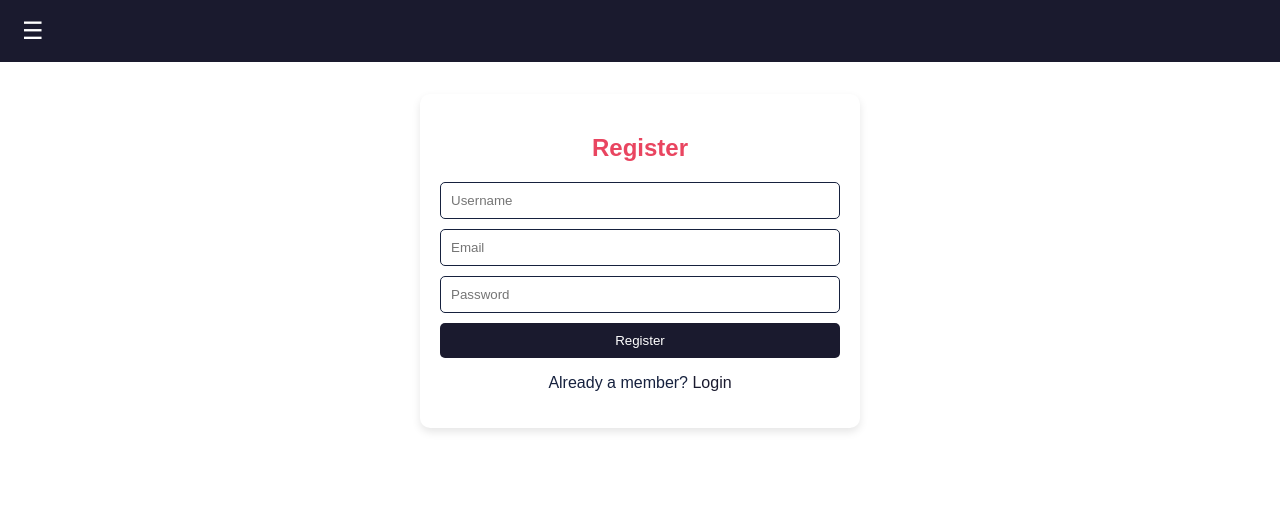
Repository: prachi-d-2/zodiac
Page: /loginregister (app in client/)
An editor plug-in stored every save of this project. The page is shown before and after the next save, followed by the edit.
The browser window is 1280 px wide. The pictures show the whole page.
The project was rebuilt for these pictures with package versions that can differ from the ones it lists, and the page was loaded fresh each time. Also part of the build but not shown: client/src/components/Home.css, client/src/components/Home.js, client/src/components/Forum.css, client/src/components/Forum.js, client/src/components/Profile.css, client/src/components/Profile.js, client/src/components/Horoscope.js, client/src/components/Connect.css and 1 more.

Above is the page before, as saved 2024-11-07 16:41:52.

### client/src/index.js
import React from 'react';
import ReactDOM from 'react-dom';
import App from './App'; // your main React component
import './index.css';
import './theme.css'; // Importing the global theme styles

ReactDOM.render(
  <React.StrictMode>
    <App />
  </React.StrictMode>,
  document.getElementById('root')
);

### client/src/App.js
import React, { useState } from 'react';
import { BrowserRouter as Router, Route, Routes } from 'react-router-dom';
import Navbar from './components/Navbar';
import Home from './components/Home';
import LoginRegister from './components/LoginRegister';
import Forum from './components/Forum';
import Profile from './components/Profile';
import Horoscope from './components/Horoscope';
import Connections from './components/Connect';

function App() {
  const [isLoggedIn, setIsLoggedIn] = useState(false);

  return (
    <Router>
      <Navbar isLoggedIn={isLoggedIn} />
      <div className="App">
        <Routes>
          <Route path="/" element={<Home />} />
          <Route path="/loginregister" element={<LoginRegister setIsLoggedIn={setIsLoggedIn} />} />
          <Route path="/forum" element={<Forum />} />
          <Route path="/profile" element={<Profile />} />
          <Route path="/horoscope" element={<Horoscope />} />
          {isLoggedIn && <Route path="/connect" element={<Connections />} />}
        </Routes>
      </div>
    </Router>
  );
}

export default App;

### client/src/theme.css
:root {
    --primary-color: #1a1a2e;
    --secondary-color: #16213e;
    --accent-color: #0f3460;
    --text-color: #e94560;
    --background-color: #ffffff;
  }

  body {
    margin: 0;
    font-family: Arial, sans-serif;
    background-color: var(--background-color);
    color: var(--text-color);
  }

  .navbar {
    background-color: var(--primary-color);
    padding: 1rem;
  }

  .navbar a {
    color: var(--text-color);
    text-decoration: none;
    margin: 0 1rem;
  }

  .navbar a:hover {
    color: var(--accent-color);
  }

  .profile-container {
    padding: 2rem;
  }

  .profile-header {
    font-size: 2rem;
    color: var(--primary-color);
  }

  .profile-section {
    margin-top: 1rem;
  }

  .profile-section label {
    font-weight: bold;
    color: var(--secondary-color);
  }

  .profile-section input, .profile-section textarea {
    display: block;
    margin-top: 0.5rem;
    padding: 0.5rem;
    width: 100%;
    max-width: 400px;
    border: 1px solid var(--secondary-color);
    border-radius: 4px;
  }

  .edit-profile-button {
    margin-top: 1rem;
    padding: 0.5rem 1rem;
    background-color: var(--accent-color);
    color: var(--background-color);
    border: none;
    border-radius: 4px;
    cursor: pointer;
  }

  .edit-profile-button:hover {
    background-color: var(--text-color);
  }

### client/src/components/Navbar.js
import React, { useState } from 'react';
import { Link } from 'react-router-dom';
import './Navbar.css';

function Navbar({ isLoggedIn }) {
  const [isOpen, setIsOpen] = useState(false);

  const toggleMenu = () => setIsOpen(!isOpen);

  return (
    <nav className="navbar">
      <button onClick={toggleMenu} className="menu-button">
        ☰
      </button>
      <ul className={`nav-links ${isOpen ? 'show' : ''}`}>
        <li><Link to="/loginregister">Login/Register</Link></li>
        <li><Link to="/forum">Forum</Link></li>
        <li><Link to="/profile">Profile</Link></li>
        <li><Link to="/horoscope">Today's Horoscope</Link></li>
        {isLoggedIn && <li><Link to="/connect">Connect</Link></li>}
      </ul>
    </nav>
  );
}

export default Navbar;

### client/src/components/LoginRegister.js
import React, { useState } from 'react';
import { useNavigate } from 'react-router-dom';
import { login, register } from '../services/authService';
import './LoginRegister.css';

function LoginRegister({ setIsLoggedIn }) {
  const [isLogin, setIsLogin] = useState(false);
  const [username, setUsername] = useState('');
  const [email, setEmail] = useState('');
  const [password, setPassword] = useState('');
  const [error, setError] = useState('');
  const navigate = useNavigate();

  const handleSubmit = async (e) => {
    e.preventDefault();

    try {
      let data;

      if (isLogin) {
        // Handle login
        data = await login(email, password);
      } else {
        // Handle registration
        data = await register(username, email, password);
      }

      if (data && data.token) {
        // Set token and log in the user
        localStorage.setItem('token', data.token);
        setIsLoggedIn(true);

        // Redirect to profile page
        navigate('/profile');
      }
    } catch (err) {
      setError(isLogin ? 'Login failed! Please check your credentials.' : 'Registration failed! Please try again.');
    }
  };

  return (
    <div className="login-register-container">
      <h2>{isLogin ? 'Login' : 'Register'}</h2>
      <form onSubmit={handleSubmit}>
        {!isLogin && (
          <input
            type="text"
            placeholder="Username"
            value={username}
            onChange={(e) => setUsername(e.target.value)}
            required
          />
        )}
        <input
          type="email"
          placeholder="Email"
          value={email}
          onChange={(e) => setEmail(e.target.value)}
          required
        />
        <input
          type="password"
          placeholder="Password"
          value={password}
          onChange={(e) => setPassword(e.target.value)}
          required
        />
        {error && <div className="error-message">{error}</div>}
        <button type="submit">{isLogin ? 'Login' : 'Register'}</button>
      </form>
      <div className="toggle-container">
        {isLogin ? (
          <p>
            Not a member? <span onClick={() => setIsLogin(false)}>Register</span>
          </p>
        ) : (
          <p>
            Already a member? <span onClick={() => setIsLogin(true)}>Login</span>
          </p>
        )}
      </div>
    </div>
  );
}

export default LoginRegister;

### client/src/components/Navbar.css
.navbar {
    background-color: #1a1a2e;
    color: #ffffff;
    padding: 10px;
  }

  .menu-button {
    background: none;
    border: none;
    color: #ffffff;
    font-size: 24px;
  }

  .nav-links {
    display: none;
    list-style-type: none;
    padding: 0;
  }

  .nav-links.show {
    display: block;
  }

  .nav-links li {
    margin: 10px 0;
  }

  .nav-links a {
    color: #ffffff;
    text-decoration: none;
  }

### client/src/services/authService.js
// client/src/services/authService.js

const BASE_URL = 'http://localhost:3000/api/auth'; // Ensure BASE_URL for consistency

// Login function for user authentication
export const login = async (email, password) => {
  try {
    const response = await fetch(`${BASE_URL}/login`, {
      method: 'POST',
      headers: {
        'Content-Type': 'application/json',
      },
      body: JSON.stringify({ email, password }),
    });

    if (!response.ok) {
      throw new Error('Login failed');
    }

    const data = await response.json();
    return data; // Return data if login is successful
  } catch (error) {
    console.error('Login error:', error.message);
    throw error;
  }
};

// Register function for user registration
export const register = async (username, email, password, zodiacSign = '') => {
  try {
    if (!username || !email || !password) {
      throw new Error('Please provide username, email, and password');
    }

    const response = await fetch(`${BASE_URL}/register`, {
      method: 'POST',
      headers: {
        'Content-Type': 'application/json',
      },
      body: JSON.stringify({ username, email, password, zodiacSign }),
    });

    if (!response.ok) {
      throw new Error('Registration failed');
    }

    const data = await response.json();
    return data; // Return data if registration is successful
  } catch (error) {
    console.error('Registration error:', error.message);
    throw error;
  }
};

// Logout function
export const logout = () => {
  localStorage.removeItem('token');
};

### client/src/components/LoginRegister.css
.login-register-container {
    max-width: 400px;
    margin: 2rem auto;
    padding: 20px;
    background-color: var(--background-color); /* white */
    border-radius: 10px;
    box-shadow: 0 4px 8px rgba(0, 0, 0, 0.1);
    text-align: center;
  }

  .login-register-container h2 {
    margin-bottom: 20px;
    color: var(--text-color); /* red */
  }

  .login-register-container form {
    display: flex;
    flex-direction: column;
  }

  .login-register-container input {
    margin-bottom: 10px;
    padding: 10px;
    border: 1px solid var(--secondary-color); /* light gray */
    border-radius: 5px;
  }

  .login-register-container button {
    padding: 10px;
    background-color: var(--primary-color); /* dark blue */
    border: none;
    border-radius: 5px;
    color: var(--background-color); /* white */
    cursor: pointer;
  }

  .login-register-container button:hover {
    background-color: var(--accent-color); /* lighter blue */
  }

  .error-message {
    color: var(--text-color); /* red */
    margin-bottom: 10px;
  }

  .toggle-container {
    margin-top: 10px;
  }

  .toggle-container p {
    color: var(--secondary-color); /* dark gray */
  }

  .toggle-container span {
    color: var(--primary-color); /* dark blue */
    cursor: pointer;
  }

Loaded but not shown: client/public/index.html (common file); client/src/index.css (common file)

After the next save:
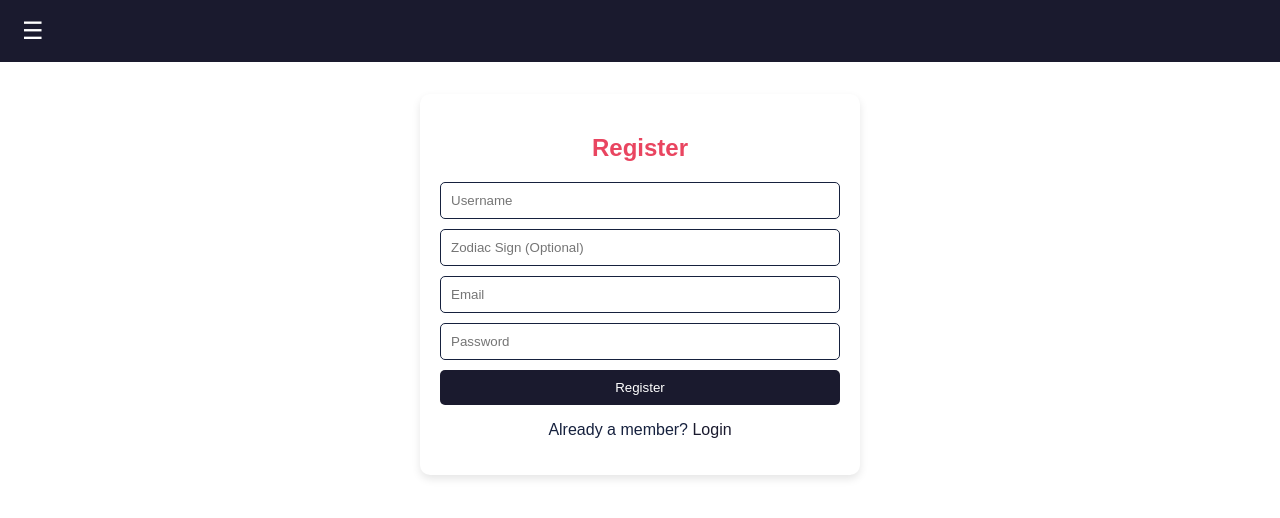
Saved 3 min 12 s later.
--- a/client/src/components/LoginRegister.js
+++ b/client/src/components/LoginRegister.js
@@ -8,6 +8,7 @@ function LoginRegister({ setIsLoggedIn }) {
   const [username, setUsername] = useState('');
   const [email, setEmail] = useState('');
   const [password, setPassword] = useState('');
+  const [zodiacSign, setZodiacSign] = useState('');
   const [error, setError] = useState('');
   const navigate = useNavigate();
 
@@ -16,21 +17,15 @@ function LoginRegister({ setIsLoggedIn }) {
 
     try {
       let data;
-
       if (isLogin) {
-        // Handle login
         data = await login(email, password);
       } else {
-        // Handle registration
-        data = await register(username, email, password);
+        data = await register(username, email, password, zodiacSign);
       }
 
       if (data && data.token) {
-        // Set token and log in the user
         localStorage.setItem('token', data.token);
         setIsLoggedIn(true);
-
-        // Redirect to profile page
         navigate('/profile');
       }
     } catch (err) {
@@ -43,13 +38,21 @@ function LoginRegister({ setIsLoggedIn }) {
       <h2>{isLogin ? 'Login' : 'Register'}</h2>
       <form onSubmit={handleSubmit}>
         {!isLogin && (
-          <input
-            type="text"
-            placeholder="Username"
-            value={username}
-            onChange={(e) => setUsername(e.target.value)}
-            required
-          />
+          <>
+            <input
+              type="text"
+              placeholder="Username"
+              value={username}
+              onChange={(e) => setUsername(e.target.value)}
+              required
+            />
+            <input
+              type="text"
+              placeholder="Zodiac Sign (Optional)"
+              value={zodiacSign}
+              onChange={(e) => setZodiacSign(e.target.value)}
+            />
+          </>
         )}
         <input
           type="email"
